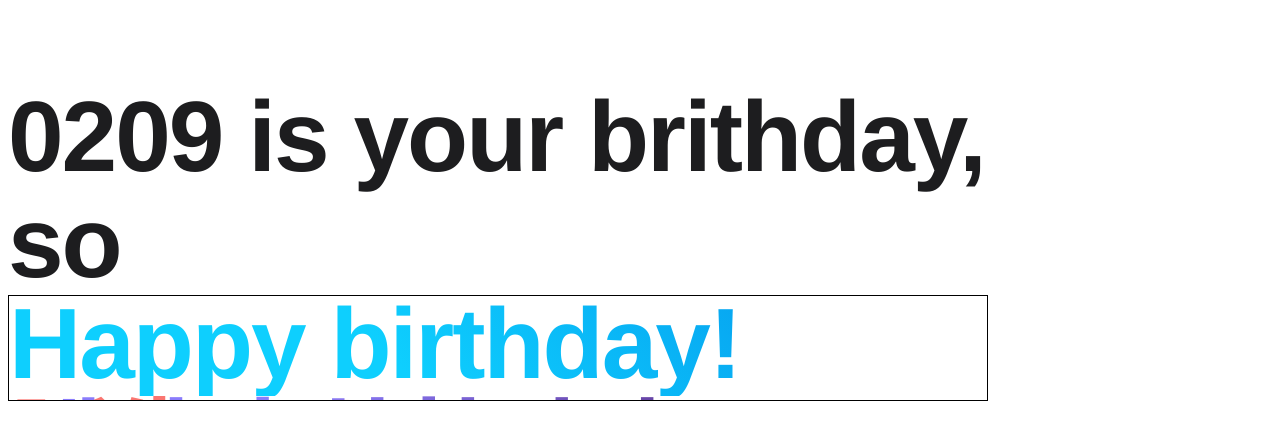
Repository: Caococos/02-09
Page: /
An editor plug-in stored every save of this project. The page is shown before and after the next save, followed by the edit.
The browser window is 1280 px wide. The pictures show the whole page.
The project was rebuilt for these pictures with package versions that can differ from the ones it lists, and the page was loaded fresh each time. Also part of the build but not shown: vue.config.js.

Above is the page before, as saved 2021-06-11 22:06:27.

### src/App.vue
<!--
 * @Descripttion:
 * @version: 1.0
 * @Author: Zhihaot1
 * @Date: 2021-06-11 21:03:51
 * @LastEditors: Zhihaot1
 * @LastEditTime: 2021-06-11 21:30:25
-->
<template>
  <div id="app">
    <router-view />
  </div>
</template>

<style>
</style>

### src/router/index.js
/*
 * @Descripttion:
 * @version: 1.0
 * @Author: Zhihaot1
 * @Date: 2021-06-11 21:03:51
 * @LastEditors: Zhihaot1
 * @LastEditTime: 2021-06-11 21:34:08
 */
import Vue from 'vue'
import VueRouter from 'vue-router'
import Home from 'views/home/Home.vue'

Vue.use(VueRouter)

const routes = [
  {
    path: '',
    redirect: '/home'
  },
  {
    path: '/home',
    name: 'Home',
    component: Home
  },
  // {
  //   path: '/about',
  //   name: 'About',
  //   // route level code-splitting
  //   // this generates a separate chunk (about.[hash].js) for this route
  //   // which is lazy-loaded when the route is visited.
  //   component: () => import(/* webpackChunkName: "about" */ '../views/About.vue')
  // }
]

const router = new VueRouter({
  mode: 'history',
  base: process.env.BASE_URL,
  routes
})

export default router

### src/views/home/Home.vue
<template>
  <div class="home">
    <h2>0209 is your brithday, so
      <div class="mask">
        <span data-show>Happy birthday!</span>
        <span>С днем рождения!</span>
        <span>생일 축하합니다!</span>
        <span>誕生日おめでと!</span>
      </div>
    </h2>
  </div>
</template>

<script>

export default {
  name: 'Home'
}
</script>
<style scoped>
h2 {
  width: 980px;
  font-size: 100px;
  font-family: Helvetica;
  line-height: 1.06;
  letter-spacing: -0.02em;
  color: #1d1d1f;
}

.mask {
  margin-top: var(--offset);
  height: 104px;
  position: relative;
  overflow: hidden;
  border: 1px solid #000;
}

.mask span {
  display: block;
  padding-bottom: var(--offset);
  box-sizing: border-box;
  position: absolute;
  top: 100px;

  background-size: 100% 100%;
  -webkit-background-clip: text;
  background-clip: text;
  -webkit-text-fill-color: transparent;
  background-repeat: no-repeat;
}

.mask span[data-show] {
  transform: translateY(-100%);
}

.mask span[data-up] {
  transform: translateY(-200%);
}

.mask span:nth-child(1) {
  background-image: linear-gradient(45deg, #0ecffe 50%, #07a6f1);
}

.mask span:nth-child(2) {
  background-image: linear-gradient(45deg, #18e198 50%, #0ec15d);
}

.mask span:nth-child(3) {
  background-image: linear-gradient(45deg, #8a7cfb 50%, #633e9c);
}

.mask span:nth-child(4) {
  background-image: linear-gradient(45deg, #fa7671 50%, #f45f7f);
}
</style>

### src/assets/css/index.css
:root {
  --offset: 6px;
}

Loaded but not shown: public/index.html (common file); src/main.js (common file)

After the next save:
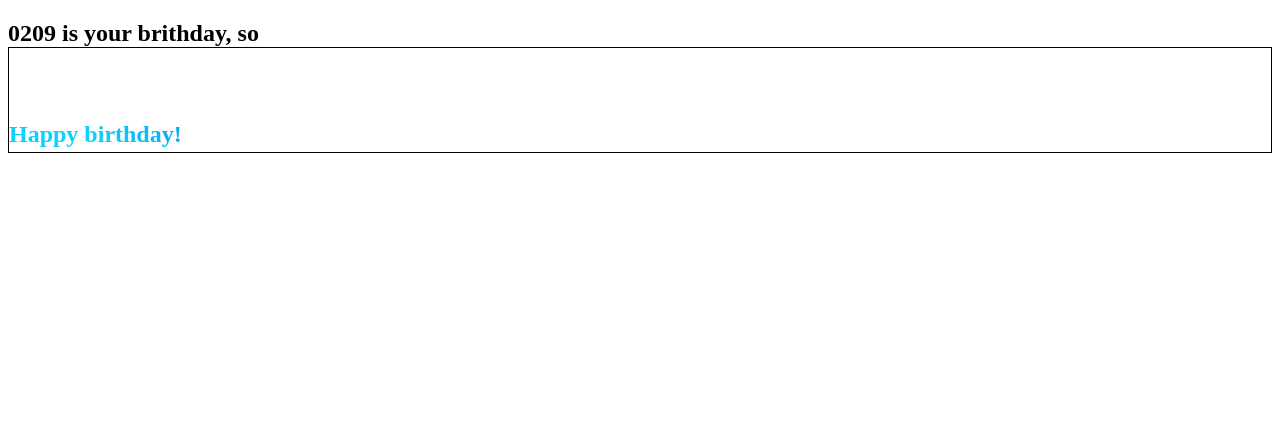
Saved 44 s later.
--- a/src/views/home/Home.vue
+++ b/src/views/home/Home.vue
@@ -18,7 +18,7 @@
 }
 </script>
 <style scoped>
-h2 {
+@import "assets/css/index.css" h2 {
   width: 980px;
   font-size: 100px;
   font-family: Helvetica;

After the save that followed:
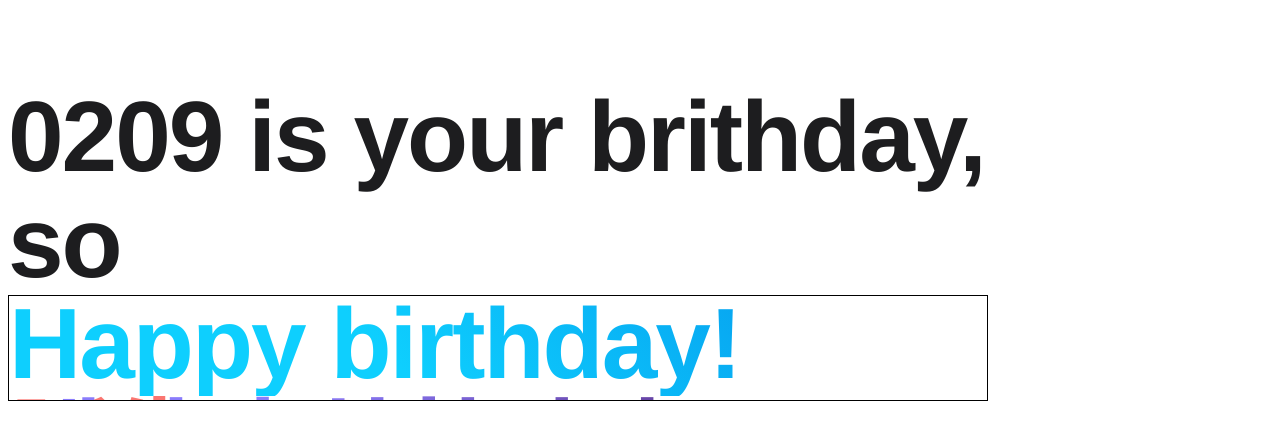
Saved 25 s later.
--- a/src/views/home/Home.vue
+++ b/src/views/home/Home.vue
@@ -18,7 +18,8 @@
 }
 </script>
 <style scoped>
-@import "assets/css/index.css" h2 {
+@import "assets/css/index.css";
+h2 {
   width: 980px;
   font-size: 100px;
   font-family: Helvetica;
